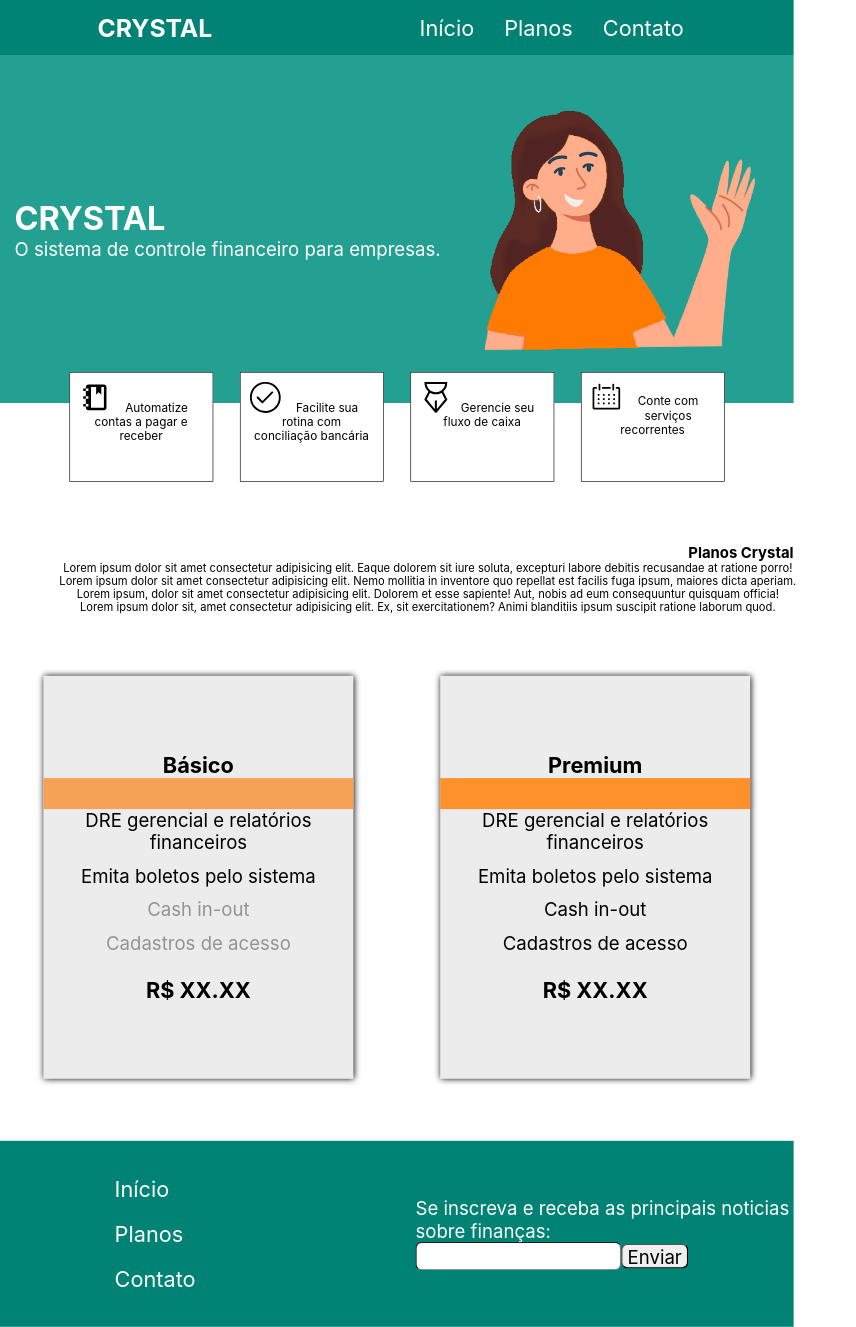
Repository: Matheus904-12/Crystallize
Page: index.html
These files come from the project's save history. The page is drawn as it stood at one moment and after a run of saves; the edit follows.
The browser window is 1280 px wide. The page is 1380 px wide, so the pictures cover 1380 px, including what lies to the right of the window. The pictures show the whole page, at 62% of full size.
Some web fonts or font styles are not loaded; a fallback is used.

Above is the page before, as saved 2023-07-24 20:16:19.

After the next 2 saves:
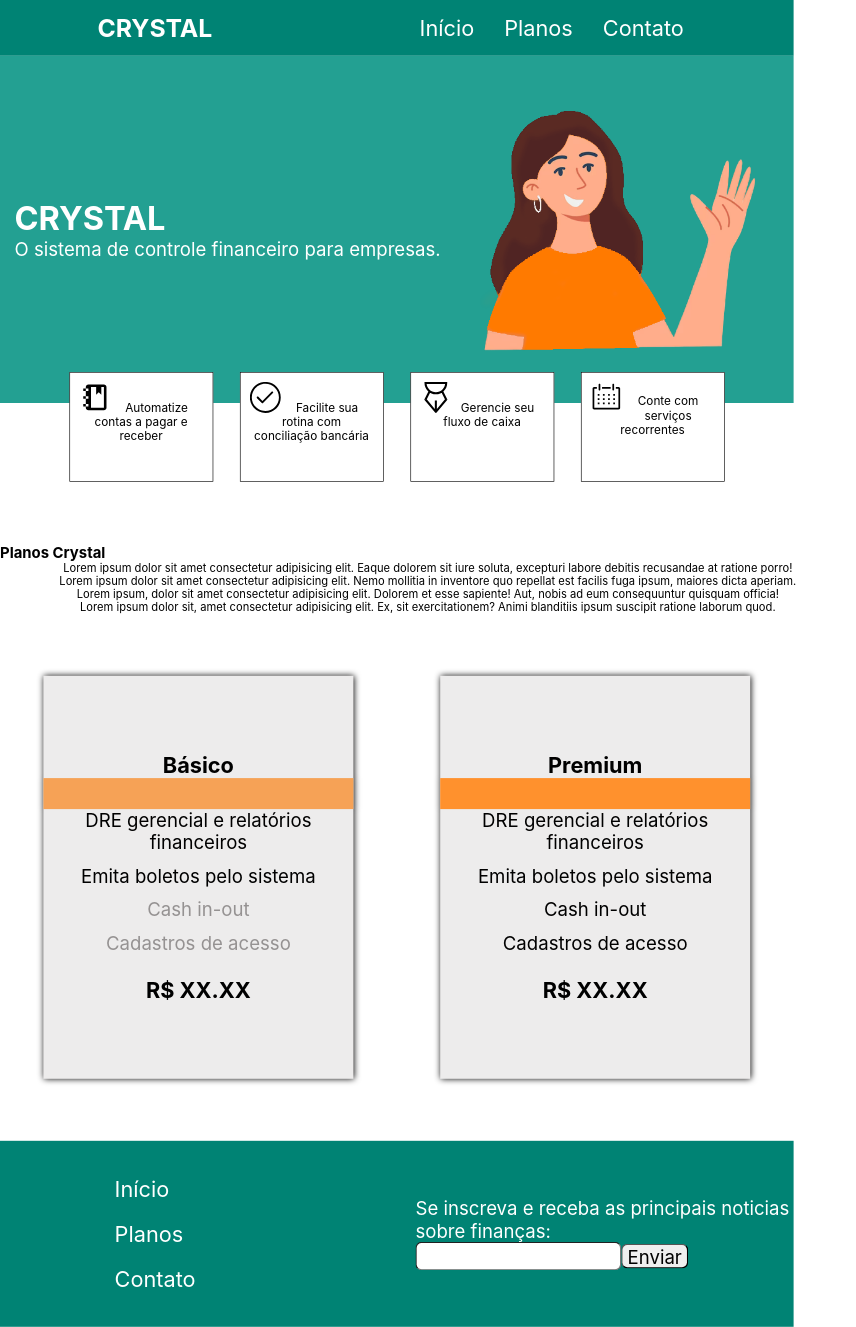
The 2 saves are shown as one change because they came seconds apart.
The last was saved 11 s later.
--- a/style.css
+++ b/style.css
@@ -108,7 +108,7 @@ html {
   .planoTitulo {
     font-size: 24px;
     width: 100%;
-    text-align: right;
+    text-align: left;
   }
 
   .planoTexto {
